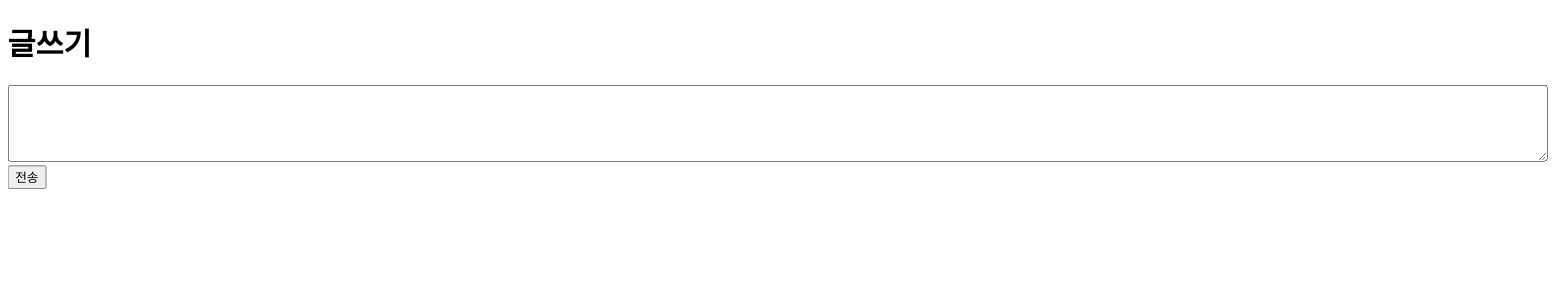
Repository: yyy5044/BackendPractice
Page: BE_02/src/main/webapp/index.html
The author's editor kept a copy of each file at every save. The page is drawn from the files as they stood at one save, then again after the next save.
The browser window is 1280 px wide. The page is 1635 px wide, then 1280 px, so the pictures cover 1635 px, including what lies to the right of the window. The pictures show the whole page, at 95% of full size.

Above is the page before, as saved 2026-04-21 00:39:25.

After the next save:
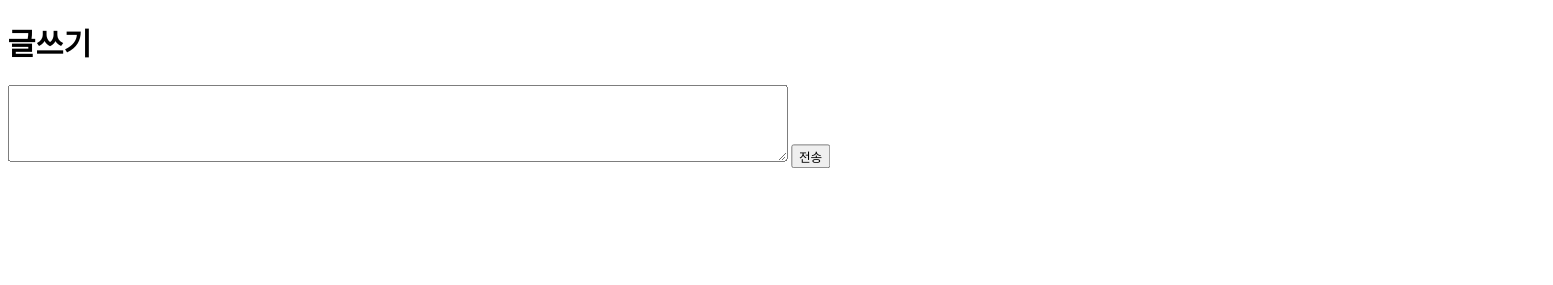
Saved 26 s later.
--- a/BE_02/src/main/webapp/index.html
+++ b/BE_02/src/main/webapp/index.html
@@ -8,7 +8,7 @@
 	<h1>글쓰기</h1>
 	<form action="/BE_02/main" method="post">
 		<input type="hidden" name="action" value="write">
-		<textarea rows="5" cols="200"></textarea>
+		<textarea rows="5" cols="100"></textarea>
 		<button>전송</button>
 	</form>
 </body>
